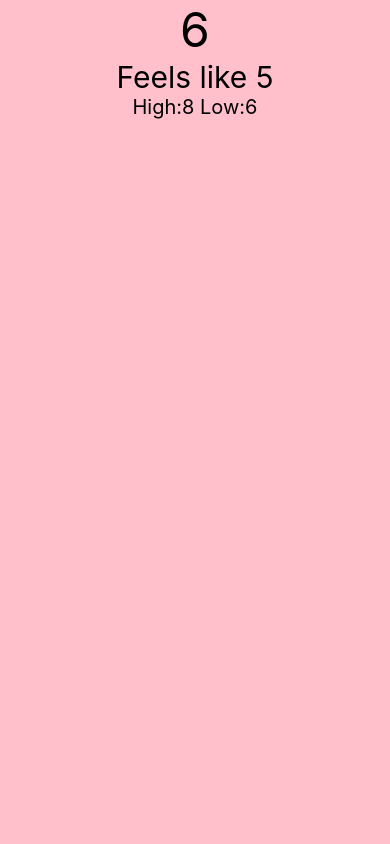
Repository: RossDee/WeatherApp
Screen: /
These files come from the project's save history. The screen is drawn as it stood at one moment and after a run of saves; the edit follows.
The app was drawn by React Native's web renderer in a window 390 px wide. The project was rebuilt for these pictures with package versions that can differ from the ones it lists, and the page was loaded fresh each time.

Above is the screen before, as saved 2023-10-14 21:00:16.

### App.js
import React from 'react';
import { SafeAreaView, StyleSheet, Text, View } from 'react-native';

const App = () => {
  return (
    <SafeAreaView style = {style.wrapper}>
    <View style = {style.container}>
      <Text style={style.temp} >6</Text>
      <Text style = {style.feels}>Feels like 5</Text>
      <Text style = {style.highLow}>High:8 Low:6</Text>
    </View>
    </SafeAreaView>
  )
}
const style  =StyleSheet.create({
  wrapper:{
    flex:1,
    backgroundColor:'yellow',
  },
  container:{
    backgroundColor:'pink',
    flex:1,
    alignItems:'center',
  },
  temp:{
    color:'black',
    fontSize:48,
 },
 feels:{
   color:'black',
   fontSize:30,
 },
  highLow:{
    color:'black',
    fontSize:20,
  }
})
export default App

After the next 2 saves:
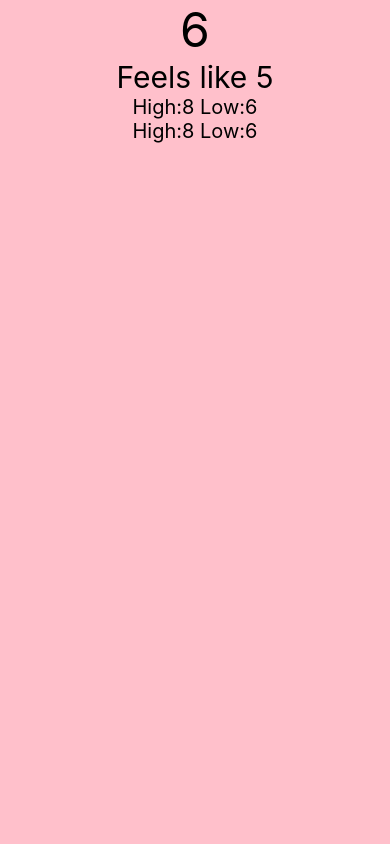
The 2 saves are shown as one change because they came seconds apart.
The last was saved 41 s later.
--- a/App.js
+++ b/App.js
@@ -8,6 +8,8 @@ const App = () => {
       <Text style={style.temp} >6</Text>
       <Text style = {style.feels}>Feels like 5</Text>
       <Text style = {style.highLow}>High:8 Low:6</Text>
+      <Text style = {style.highLow}>High:8 Low:6</Text>
+
     </View>
     </SafeAreaView>
   )
